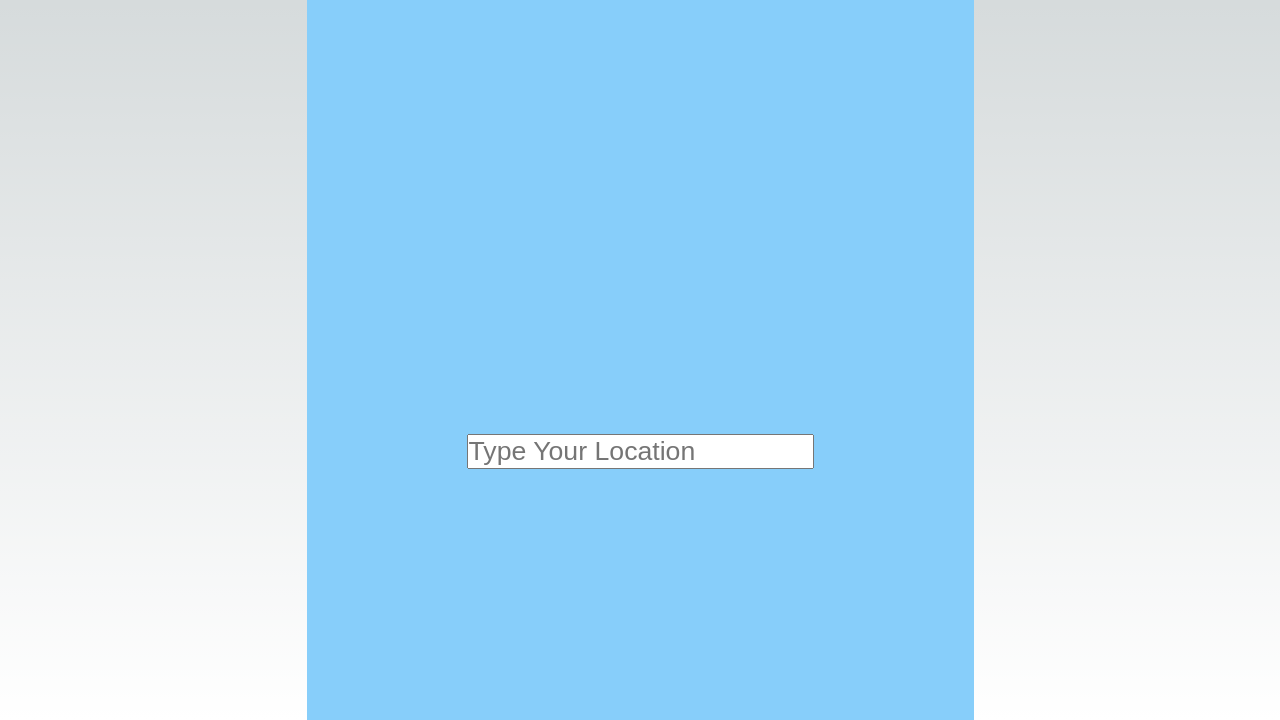
Repository: Heidingg/weather_app
Page: /
The author's editor kept a copy of each file at every save. The page is drawn from the files as they stood at one save, then again after the next save.
The browser window is 1280 px wide. The pictures show the whole page.
The project was rebuilt for these pictures with package versions that can differ from the ones it lists, and the page was loaded fresh each time. The framework's server and built-in components were replaced by stand-ins that run in the browser. Also part of the build but not shown: next.config.js.

Above is the page before, as saved 2023-01-19 22:41:17.

### pages/index.js
import Head from 'next/head';
import Image from 'next/image';
import { Inter } from '@next/font/google';
import styles from '../styles/Home.module.css';
import { useState } from 'react';
import React from 'react';
import axios from 'axios';

const inter = Inter({ subsets: ['latin'] })

export default function Home() {

  const [location, setLocation] = useState('');
  const [data, setData] = useState({});
  const [weather, setWeather] = useState();
  const [main, setMain] = useState();
  const [wind, setWind] = useState();
  const [errorMessage, setErrorMessage] = useState('');
  const [icon, setIcon] = useState('');
  var lang = "en";
  var units = "metric";
  var apiKey = "8a3b66428312171f7c96dafa7cbc5a31";

  const url = `https://api.openweathermap.org/data/2.5/weather?q=${location}&units=${units}&appid=${apiKey}&lang=${lang}`;


  const searchLocation = (event) => {
    if (event.key === 'Enter') {
      axios.get(url)
        .then((response) => {
          console.clear();
          setData(response.data);
          console.log(response.data);
          setWeather(response.data.weather);
          setWind(response.data.wind);
          setIcon(response.data.icon);
          setErrorMessage("");
        }).catch(err => {
          console.log(err);
          setErrorMessage("Please enter another location")
          setData({});
          setWeather();
          setMain();
          setWind();
          setIcon();
        })
      setLocation('')
    }
  }


  return (
    <>
      <Head>
        <title>Loweather</title>
        <meta name="description" content="Generated by create next app" />
        <meta name="viewport" content="width=device-width, initial-scale=1" />
        <link rel="icon" href="cloudy.png" alt=""/>
      </Head>

      <main className={styles.main}>
        <div className={styles.location}></div>
          <div className={styles.locationIcon}>
          <div className={styles.locationName}>
            {data.name}
          </div>
        </div>

        <div className={styles.errorMess}>{errorMessage}</div>
        <input
          value={location}
          onChange={event => setLocation(event.target.value)}
          placeholder="Type Your Location"
          onKeyDown={searchLocation}
          type="text"
        >
        </input>

        <div className={styles.weatherData}>
          <div className={styles.weatherCondition}>
            {
              weather && weather.map((w, index) => {
                return (
                  <div key={index}>
                    <div className>{w.icon}</div>
                    <img className={styles.iconStyle} src={`http://openweathermap.org/img/wn/${w.icon}@2x.png`}></img>
                    <div className>{w.main}</div>
                  </div>
                )
              })
            }
          </div>

          {
            weather && weather.map((w, index) => {
              return (
                <div key={index}>
                  <div className>{w.description}</div>
                </div>
              )
            })
          }

          {
            main && weather.map(() => {
              return (
                <div>
                  <div className={styles.weatherTemp}>Temperature: {main.temp}&#176;C</div>
                  <div className={styles.weatherFeel}>Feels like: {main.feels_like}&#176;C</div>
                </div>
              )
            })
          }

          {
            wind && weather.map(() => {
              return (
                <div>
                  <div className={styles.weatherWind}>Wind: {wind.gust} m/s</div>
                </div>
              )
            })
          }

        </div>
      </main>
    </>
)
}

### styles/globals.css
:root {
  --max-width: 1100px;
  --border-radius: 12px;
  --font-mono: ui-monospace, Menlo, Monaco, 'Cascadia Mono', 'Segoe UI Mono',
    'Roboto Mono', 'Oxygen Mono', 'Ubuntu Monospace', 'Source Code Pro',
    'Fira Mono', 'Droid Sans Mono', 'Courier New', monospace;

  --foreground-rgb: 0, 0, 0;
  --background-start-rgb: 214, 219, 220;
  --background-end-rgb: 255, 255, 255;

  --primary-glow: conic-gradient(
    from 180deg at 50% 50%,
    #16abff33 0deg,
    #0885ff33 55deg,
    #54d6ff33 120deg,
    #0071ff33 160deg,
    transparent 360deg
  );
  --secondary-glow: radial-gradient(
    rgba(255, 255, 255, 1),
    rgba(255, 255, 255, 0)
  );

  --tile-start-rgb: 239, 245, 249;
  --tile-end-rgb: 228, 232, 233;
  --tile-border: conic-gradient(
    #00000080,
    #00000040,
    #00000030,
    #00000020,
    #00000010,
    #00000010,
    #00000080
  );

  --callout-rgb: 238, 240, 241;
  --callout-border-rgb: 172, 175, 176;
  --card-rgb: 180, 185, 188;
  --card-border-rgb: 131, 134, 135;
}

@media (prefers-color-scheme: dark) {
  :root {
    --foreground-rgb: 255, 255, 255;
    --background-start-rgb: 0, 0, 0;
    --background-end-rgb: 0, 0, 0;

    --primary-glow: radial-gradient(rgba(1, 65, 255, 0.4), rgba(1, 65, 255, 0));
    --secondary-glow: linear-gradient(
      to bottom right,
      rgba(1, 65, 255, 0),
      rgba(1, 65, 255, 0),
      rgba(1, 65, 255, 0.3)
    );

    --tile-start-rgb: 2, 13, 46;
    --tile-end-rgb: 2, 5, 19;
    --tile-border: conic-gradient(
      #ffffff80,
      #ffffff40,
      #ffffff30,
      #ffffff20,
      #ffffff10,
      #ffffff10,
      #ffffff80
    );

    --callout-rgb: 20, 20, 20;
    --callout-border-rgb: 108, 108, 108;
    --card-rgb: 100, 100, 100;
    --card-border-rgb: 200, 200, 200;
  }
}

* {
  box-sizing: border-box;
  padding: 0;
  margin: 0;
  font-family: "Montserrat", sans-serif;
  font-size: 20pt;
}

.input{
  width: 80%;
  display: flex;
  background-color: lightblue;
}

html,
body {
  max-width: 100vw;
  overflow-x: hidden;
  display: grid;
  place-items: center;
  min-height: 100vh;;
}

body {
  color: rgb(var(--foreground-rgb));
  background: linear-gradient(
      to bottom,
      transparent,
      rgb(var(--background-end-rgb))
    )
    rgb(var(--background-start-rgb));
}

a {
  color: inherit;
  text-decoration: none;
}

@media (prefers-color-scheme: dark) {
  html {
    color-scheme: dark;
  }
}

### styles/Home.module.css
.main {
  display: flex;
  flex-direction: column;
  justify-content: space-between;
  align-items: center;
  padding: 6rem;
  min-height: 100vh;
  background-color: lightskyblue;
}

.description {
  display: inherit;
  justify-content: inherit;
  align-items: inherit;
  font-size: 0.85rem;
  max-width: var(--max-width);
  width: 100%;
  z-index: 2;
  font-family: var(--font-mono);
}

.description a {
  display: flex;
  justify-content: center;
  align-items: center;
  gap: 0.5rem;
}

.description p {
  position: relative;
  margin: 0;
  padding: 1rem;
  background-color: rgba(var(--callout-rgb), 0.5);
  border: 1px solid rgba(var(--callout-border-rgb), 0.3);
  border-radius: var(--border-radius);
}

.code {
  font-weight: 700;
  font-family: var(--font-mono);
}

.grid {
  display: grid;
  grid-template-columns: repeat(4, minmax(25%, auto));
  width: var(--max-width);
  max-width: 100%;
}

.card {
  padding: 1rem 1.2rem;
  border-radius: var(--border-radius);
  background: rgba(var(--card-rgb), 0);
  border: 1px solid rgba(var(--card-border-rgb), 0);
  transition: background 200ms, border 200ms;
}

.card span {
  display: inline-block;
  transition: transform 200ms;
}

.card h2 {
  font-weight: 600;
  margin-bottom: 0.7rem;
}

.card p {
  margin: 0;
  opacity: 0.6;
  font-size: 0.9rem;
  line-height: 1.5;
  max-width: 30ch;
}

.center {
  display: flex;
  justify-content: center;
  align-items: center;
  position: relative;
  padding: 4rem 0;
}

.center::before {
  background: var(--secondary-glow);
  border-radius: 50%;
  width: 480px;
  height: 360px;
  margin-left: -400px;
}

.center::after {
  background: var(--primary-glow);
  width: 240px;
  height: 180px;
  z-index: -1;
}

.center::before,
.center::after {
  content: '';
  left: 50%;
  position: absolute;
  filter: blur(45px);
  transform: translateZ(0);
}

.logo,
.thirteen {
  position: relative;
}

.thirteen {
  display: flex;
  justify-content: center;
  align-items: center;
  width: 75px;
  height: 75px;
  padding: 25px 10px;
  margin-left: 16px;
  transform: translateZ(0);
  border-radius: var(--border-radius);
  overflow: hidden;
  box-shadow: 0px 2px 8px -1px #0000001a;
}

.thirteen::before,
.thirteen::after {
  content: '';
  position: absolute;
  z-index: -1;
}

/* Conic Gradient Animation */
.thirteen::before {
  animation: 6s rotate linear infinite;
  width: 200%;
  height: 200%;
  background: var(--tile-border);
}

/* Inner Square */
.thirteen::after {
  inset: 0;
  padding: 1px;
  border-radius: var(--border-radius);
  background: linear-gradient(
    to bottom right,
    rgba(var(--tile-start-rgb), 1),
    rgba(var(--tile-end-rgb), 1)
  );
  background-clip: content-box;
}

/* Enable hover only on non-touch devices */
@media (hover: hover) and (pointer: fine) {
  .card:hover {
    background: rgba(var(--card-rgb), 0.1);
    border: 1px solid rgba(var(--card-border-rgb), 0.15);
  }

  .card:hover span {
    transform: translateX(4px);
  }
}

@media (prefers-reduced-motion) {
  .thirteen::before {
    animation: none;
  }

  .card:hover span {
    transform: none;
  }
}

/* Mobile */
@media (max-width: 700px) {
  .content {
    padding: 4rem;
  }

  .grid {
    grid-template-columns: 1fr;
    margin-bottom: 120px;
    max-width: 320px;
    text-align: center;
  }

  .card {
    padding: 1rem 2.5rem;
  }

  .card h2 {
    margin-bottom: 0.5rem;
  }

  .center {
    padding: 8rem 0 6rem;
  }

  .center::before {
    transform: none;
    height: 300px;
  }

  .description {
    font-size: 0.8rem;
  }

  .description a {
    padding: 1rem;
  }

  .description p,
  .description div {
    display: flex;
    justify-content: center;
    position: fixed;
    width: 100%;
  }

  .description p {
    align-items: center;
    inset: 0 0 auto;
    padding: 2rem 1rem 1.4rem;
    border-radius: 0;
    border: none;
    border-bottom: 1px solid rgba(var(--callout-border-rgb), 0.25);
    background: linear-gradient(
      to bottom,
      rgba(var(--background-start-rgb), 1),
      rgba(var(--callout-rgb), 0.5)
    );
    background-clip: padding-box;
    backdrop-filter: blur(24px);
  }

  .description div {
    align-items: flex-end;
    pointer-events: none;
    inset: auto 0 0;
    padding: 2rem;
    height: 200px;
    background: linear-gradient(
      to bottom,
      transparent 0%,
      rgb(var(--background-end-rgb)) 40%
    );
    z-index: 1;
  }
}

/* Tablet and Smaller Desktop */
@media (min-width: 701px) and (max-width: 1120px) {
  .grid {
    grid-template-columns: repeat(2, 50%);
  }
}

@media (prefers-color-scheme: dark) {
  .vercelLogo {
    filter: invert(1);
  }

  .logo,
  .thirteen img {
    filter: invert(1) drop-shadow(0 0 0.3rem #ffffff70);
  }
}

@keyframes rotate {
  from {
    transform: rotate(360deg);
  }
  to {
    transform: rotate(0deg);
  }
}

Loaded but not shown: pages/_app.js (common file); pages/_document.js (common file)

After the next save:
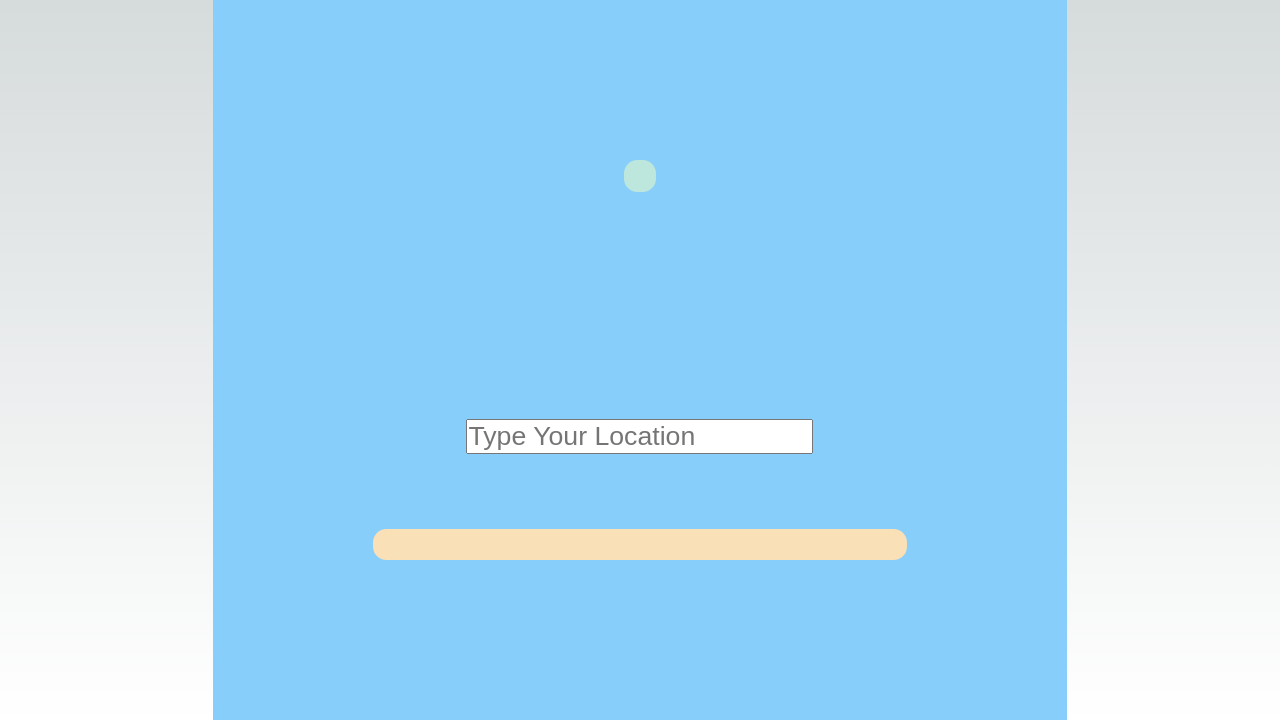
Saved 91 s later.
--- a/styles/Home.module.css
+++ b/styles/Home.module.css
@@ -277,3 +277,57 @@
     transform: rotate(0deg);
   }
 }
+
+div.location {
+  display: flex;
+  flex-direction: row;
+  align-items: flex-end;
+  background-color: #bde6dd;
+  padding: 12pt;
+  border-radius: 10pt;
+}
+
+.iconId {
+  display: none;
+}
+
+div.weatherMain {
+
+  color: rgb(70, 114, 148);
+  font-size: 20pt;
+}
+
+div.weatherData {
+  display: flex;
+  flex-direction: column;
+  align-items: left;
+  justify-content: center;
+  line-height: 30pt;
+  background-color: #f9e0b7;
+  padding-top: 3pt;
+  padding-bottom: 1rem;
+  border-radius: 10pt;
+  width: 20rem;
+}
+
+div.weatherCondition {
+  text-align: center;
+}
+
+.weatherDesc {
+  display: flex;
+  flex-direction: row;
+  align-items: left;
+
+}
+
+div.locationIcon {
+  color: #457294;
+  width: 3rem;
+}
+
+div.locationName {
+  font-size: 24pt;
+  color: rgb(70, 114, 148);
+  font-weight: 600;
+}
